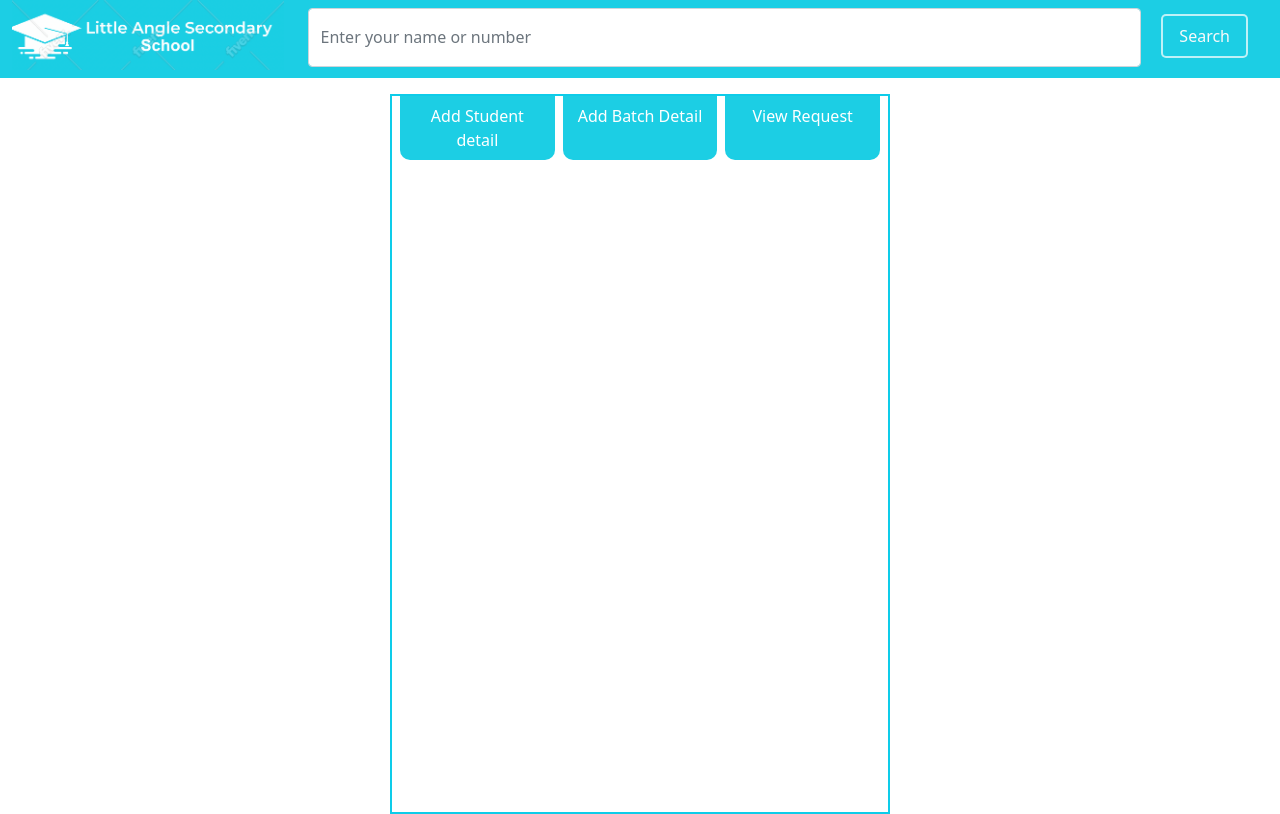
Repository: Sjuicyy/School-Project
Page: home2.html
These files come from the project's save history. The page is drawn as it stood at one moment and after a run of saves; the edit follows.
The browser window is 1280 px wide. The pictures show the whole page.

Above is the page before, as saved 2022-09-18 09:15:10.

### home2.html
<!doctype html>
<html lang="en">

<head>
    <!-- Required meta tags -->
    <meta charset="utf-8">
    <meta name="viewport" content="width=device-width, initial-scale=1">

    <!-- Bootstrap CSS -->
    <link href="https://cdn.jsdelivr.net/npm/bootstrap@5.0.2/dist/css/bootstrap.min.css" rel="stylesheet"
        integrity="sha384-EVSTQN3/azprG1Anm3QDgpJLIm9Nao0Yz1ztcQTwFspd3yD65VohhpuuCOmLASjC" crossorigin="anonymous">

    <link rel="stylesheet" href="https://cdnjs.cloudflare.com/ajax/libs/font-awesome/4.7.0/css/font-awesome.min.css">


    <style>
        .row0 div {
            width: auto;
            display: flex;
        }

        .img {
            height: 70px;
            width: 100%;
        }


        .btn1:hover {
            background-color: rgb(38, 178, 196);
        }

        .action {
            width: 170px;
            height: 1000px;
            border-right: 2px solid rgb(38, 178, 196);
            overflow: hidden;
        }

        .action a {
            color: rgb(38, 178, 196);
            padding: 5px;
            display: flex;
            width: 140px;
            margin-top: 10px;
            margin-left: 5px;
            text-decoration: none;
            border: 1px solid rgb(38, 178, 196);
            border-radius: 3px;
        }

        .action p {
            float: left;
            color: rgb(14, 204, 233);
            font-size: x-large;
        }


        .modalfloat {
            border: 2px solid rgb(14, 204, 233);
            margin: auto;
            width: 500px;
            height: 720px;
        }

        .addbtn:hover {
            background-color: rgba(20, 192, 219, 0.576);
        }



        .footer {
            background-color: rgb(77, 219, 219);
            position: fixed;
            width: 100%;
            bottom: 0;
            height: 15%;
            overflow: AUTO;
            color: rgb(255, 255, 255);
            margin-left: -12px;
        }

        .footer::-webkit-scrollbar {
            display: none;
        }


        .fb {

            width: 160px
        }

        .fa {
            font-size: xx-large;
            padding: 4px;
            margin: 2px;
            width: 40px;
            text-decoration: none;
        }

        .fa-facebook {
            background: #3B5998;
            color: white;
        }

        .fa-twitter {
            background: #55ACEE;
            color: white;
        }

        .fa-google {
            background: #dd4b39;
            color: white;
        }

        .fa-youtube {
            background: #bb0000;
            color: white;
        }

        .fa-instagram {
            background: #125688;
            color: white;
        }

        .bd {
            border: 1px solid rgb(14, 204, 233);
        }

        .color {
            background-color: rgb(28, 206, 228);
        }

        .btn1 {
            margin: 20px;
            margin-top: 14px;
            border: 2px solid rgba(255, 255, 255, 0.715);
            border-radius: 5px;
        }

        a {
            text-decoration: none;
            color: white;
        }

        a:hover {
            color: rgb(10, 15, 57);
        }

        .action_border {
            border-bottom-right-radius: 10px;
            border-bottom-left-radius: 10px;
        }

        [id^=modal] {
            display: none;
        }

        #modal1:target {
            display: block;
        }

        #modal2:target {
            display: block;
        }
    </style>
    <title>Little Angle School</title>
</head>

<body>
    <!-- heading start -->
    <div class="container-fluid text-center">
        <div class="row row0 color">
            <div class="col-3">
                <a href="pages.html">
                    <img class="img" src="/school.png" alt="">
                </a>
            </div>
            <div class="col">
                <input class="form-control mt-2 h-75 " type="search" placeholder="Enter your name or number "
                    aria-label="Search">
                <button class="btn1 color  text-light px-3 p-2" type="submit">Search</button>
                </form>
            </div>
        </div>

        <!-- modal body  -->







        <!-- action start  -->

        <form class="modalfloat mt-3">
            <div class="row mx-1 ">
                <div class="col p-2 mx-1 text-light color action_border"><a href="#modal1">Add Student detail</a></div>
                <div class="col p-2 mx-1 text-light color action_border"><a href="#modal2">Add Batch Detail</a></div>
                <div class="col p-2 mx-1 text-light color action_border"><a href="">View Request</a></div>
            </div>




            <!-- action end  -->


            <!-- modal 1 start  -->


            <div id="modal1">
                <div class="m-3">
                    <div>
                        <p class="h2 p-1 text-light color">Add Student name</p>
                    </div>
                    <div>
                        <label for="name" class="form-label float-start">ID</label>
                        <input type="number" class="form-control" name="Id" id="id">
                    </div>
                    <div class="col-12">
                        <label for="name" class="form-label float-start">Full Name</label>
                        <input type="text" class="form-control" id="name">
                    </div>
                    <div class="col-md-12">
                        <label for="class" class="form-label float-start">Class</label>
                        <input type="number" class="form-control" id="class">
                    </div>
                    <div class="col-md-12">
                        <label for="email" class="form-label float-start">Email</label>
                        <input type="email" class="form-control" id="email">
                    </div>
                    <div class="col-12">
                        <label for="gname" class="form-label float-start">Guardian Name</label>
                        <input type="text" class="form-control" id="guardianname">
                    </div>
                    <div class="col-12">
                        <label for="address" class="form-label float-start">Address</label>
                        <input type="text" class="form-control" id="inputAddress" placeholder="Lagankhel-5, Lalitpur">
                    </div>
                    <div class="col-1 mt-4">
                        <input type="file" id="photo" name="photo" accept="image/*">
                    </div>
                    <div class="col-md-6 mt-3">
                        <label for="dob" class="form-label float-start">Date of Birth</label>
                        <input type="date" class="form-control" id="dob">
                    </div>

                    <div class="col-12">
                        <div class="form-check">
                            <button type="submit" class="btn btn-primary col-12 mt-3 color addbtn p-2">Add</button>
                        </div>
                    </div>
                </div>
            </div>




            <!-- modal 1 end  -->



            <!-- modal2 start -->


            <div id="modal2">
                <div class="m-3">

                    <div>
                        <p class="h2 p-1 text-light color">Add Batch Detail</p>

                    </div>
                    <div class="col-12 ">
                        <label for="name" class="form-label float-start">ID</label>
                        <input type="number" class="form-control" id="id" placeholder="">
                    </div>
                    <div class="col-md-12">
                        <label for="name" class="form-label float-start">Full Name</label>
                        <input type="text" class="form-control" id="name">
                    </div>
                    <div class="col-md-12">
                        <label for="email" class="form-label float-start">Email</label>
                        <input type="email" class="form-control" id="email">
                    </div>
                    <div class="col-12">
                        <label for="gname" class="form-label float-start">Passed Year</label>
                        <input type="text" class="form-control" id="guardianname">
                    </div>
                    <div class="col-12">
                        <div class="form-check">
                            <button type="submit" class="btn btn-primary col-12 mt-3 color addbtn p-2">Add</button>
                        </div>
                    </div>
                </div>
            </div>


            <!-- modal 2 end -->



        </form>






    </div>

    </div>












    <!-- Optional JavaScript; choose one of the two! -->

    <!-- Option 1: Bootstrap Bundle with Popper -->
    <script src="https://cdn.jsdelivr.net/npm/bootstrap@5.0.2/dist/js/bootstrap.bundle.min.js"
        integrity="sha384-MrcW6ZMFYlzcLA8Nl+NtUVF0sA7MsXsP1UyJoMp4YLEuNSfAP+JcXn/tWtIaxVXM"
        crossorigin="anonymous"></script>

    <!-- Option 2: Separate Popper and Bootstrap JS -->
    <!--
    <script src="https://cdn.jsdelivr.net/npm/@popperjs/core@2.9.2/dist/umd/popper.min.js" integrity="sha384-IQsoLXl5PILFhosVNubq5LC7Qb9DXgDA9i+tQ8Zj3iwWAwPtgFTxbJ8NT4GN1R8p" crossorigin="anonymous"></script>
    <script src="https://cdn.jsdelivr.net/npm/bootstrap@5.0.2/dist/js/bootstrap.min.js" integrity="sha384-cVKIPhGWiC2Al4u+LWgxfKTRIcfu0JTxR+EQDz/bgldoEyl4H0zUF0QKbrJ0EcQF" crossorigin="anonymous"></script>
    -->
</body>

</html>

After the next 2 saves:
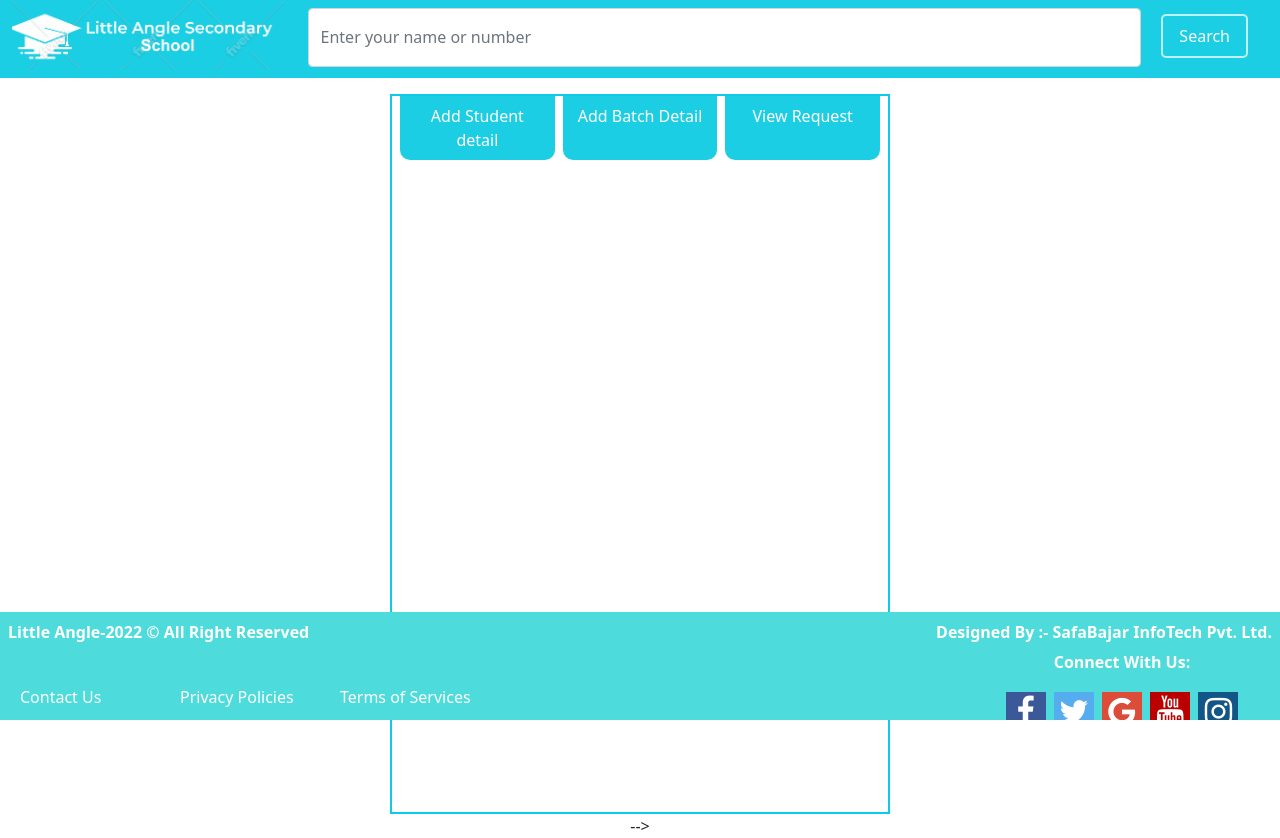
The 2 saves are shown as one change because they came seconds apart.
The last was saved 5 min 22 s later.
--- a/home2.html
+++ b/home2.html
@@ -306,6 +306,34 @@
 
 
 
+<!--
+        <!-- footer start -->
+
+
+        <div class="footer">
+            <div class="row ">
+                <div class="col mx-2 mt-2" style="text-align:left"> <b>Little Angle-2022 © All Right Reserved</b> </div>
+                <div class="col mx-2 mt-2" style="text-align:right">
+                    <p> <b>Designed By :- SafaBajar InfoTech Pvt. Ltd.</b> </p>
+                </div>
+            </div>
+            <div class="row mx-2">
+                <div class="col-2  fb" style="text-align:left;margin-top:25px">Contact Us</div>
+                <div class="col-2  fb" style="text-align:left;margin-top:25px">Privacy Policies</div>
+                <div class="col-2  fb" style="text-align:left;margin-top:25px">Terms of Services</div>
+                <div class="col  fb" style="text-align:left"></div>
+                <div class="col-6 fb" style="text-align:center;width:300px">
+                    <p style="margin-top: -10px;"> <b>Connect With Us:</b> </p>
+                    <a href="https:/.facebook.com/search/top?q=safabazar%20private%20limited" class="fa fa-facebook"
+                        style="text-align:center;margin-top:-10px"></a>
+                    <a href="#" class="fa fa-twitter"></a>
+                    <a href="#" class="fa fa-google"></a>
+                    <a href="#" class="fa fa-youtube"></a>
+                    <a href="#" class="fa fa-instagram"></a>
+                </div>
+            </div>
+
+        </div> -->
 
     </div>
 
